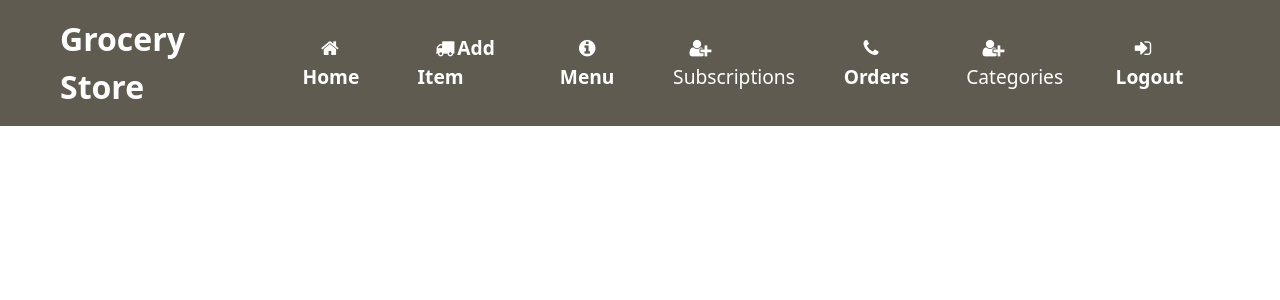
Repository: NagaMounikaY/GroceriesSubscriptionBookingManagement
Page: http://localhost/GroceriesSubBookingSystem/sellerHeader.jsp
The author's editor kept a copy of each file at every save. The page is drawn from the files as they stood at one save, then again after the next save.
The browser window is 1280 px wide. The pictures show the whole page.
The page is served by Tomcat 9. Other server files are loaded and not shown.

Above is the page before, as saved 2024-09-15 10:58:59.

### GroceriesSubBookingSystem/src/main/webapp/sellerHeader.jsp
<%@ page language="java" contentType="text/html; charset=ISO-8859-1"
	pageEncoding="ISO-8859-1" isELIgnored="false"%>
<!DOCTYPE html PUBLIC "-//W3C//DTD HTML 4.01 Transitional//EN" "http://www.w3.org/TR/html4/loose.dtd">
<html>
<head>
<meta http-equiv="Content-Type" content="text/html; charset=ISO-8859-1">
<title>Courier Booking System</title>
<link
	href="https://stackpath.bootstrapcdn.com/bootstrap/5.3.0/css/bootstrap.min.css"
	rel="stylesheet">
<link rel="stylesheet"
	href="https://cdnjs.cloudflare.com/ajax/libs/font-awesome/4.7.0/css/font-awesome.min.css">
<style>
/* Header */
header {
	background:rgba(56, 51, 37, 0.8);
	color: #fff;
	padding: 15px 0;
	position: fixed;
	width: 100%;
	top: 0;
	left: 0;
	z-index: 1000;
}

header .container {
	display: flex;
	justify-content: space-between;
	align-items: center;
	max-width: 1200px;
	margin: 0 auto;
	padding: 0 20px;
}

header .logo {
	font-size: 2em; /* Increased size for the logo */
	font-weight: bold;
}

header nav ul {
	list-style: none;
	display: flex;
	margin: 0;
}

header nav ul li {
	margin-left: 20px;
}

header nav ul li a {
	color: #fff;
	text-decoration: none;
	padding: 10px 15px; /* Increased padding for better click area */
	font-size: 1.2em; /* Increased font size for navigation links */
	border-radius: 5px;
}

header nav ul li a:hover {
	background: #575757;
}
</style>
</head>
<body>
	<!-- Header -->
	<header>
	<div class="container">
		<div class="logo">
			Grocery Store
		</div>
		<nav>
		<ul>
			<li><a href="${pageContext.request.contextPath}/home.jsp"><i
					class="fa fa-fw fa-home"></i><strong>Home</strong></a></li>
			<li><a href="${pageContext.request.contextPath}/groceries/add"><i
					class="fa fa-fw fa-truck"></i><strong>Add Item</strong></a></li>
			<li><a href="${pageContext.request.contextPath}/groceries/list"><i
					class="fa fa-fw fa-info-circle"></i><strong>Menu</strong></a></li>
			<li><a
				href="${pageContext.request.contextPath}/subscription/allsubscriptions"><i
					class="fa fa-fw fa-user-plus"></i>Subscriptions</a></li>
			<li><a href="${pageContext.request.contextPath}/orders/viewOrders"><i class="fa fa-fw fa-phone"></i><strong>Orders</strong></a></li>
			<li><a
				href="${pageContext.request.contextPath}/categories/add"><i
					class="fa fa-fw fa-user-plus"></i>Categories</a></li>

			<li><a href="${pageContext.request.contextPath}/home.jsp"><i
					class="fa fa-fw fa-sign-in"></i><strong>Logout</strong></a></li>
		</ul>
		</nav>
	</div>
	</header>

	<script src="https://code.jquery.com/jquery-3.5.1.slim.min.js"></script>
	<script
		src="https://cdn.jsdelivr.net/npm/@popperjs/core@2.11.6/dist/umd/popper.min.js"></script>
	<script
		src="https://stackpath.bootstrapcdn.com/bootstrap/5.3.0/js/bootstrap.bundle.min.js"></script>

</body>
</html>

After the next save:
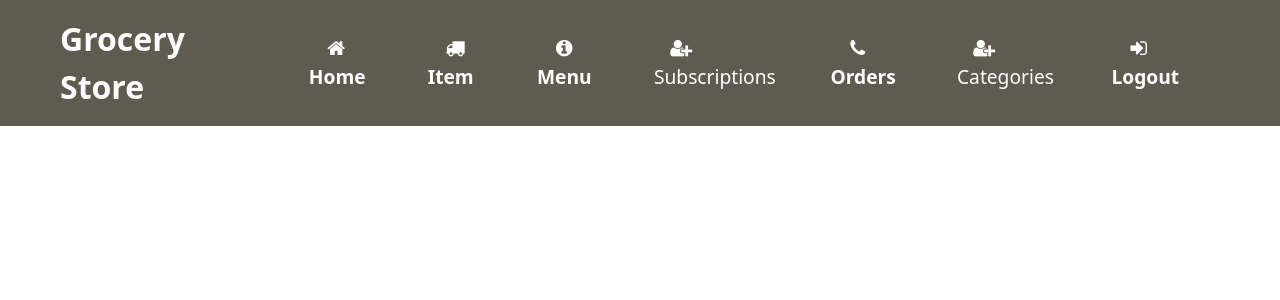
Saved 31 s later.
--- a/GroceriesSubBookingSystem/src/main/webapp/sellerHeader.jsp
+++ b/GroceriesSubBookingSystem/src/main/webapp/sellerHeader.jsp
@@ -72,7 +72,7 @@ header nav ul li a:hover {
 			<li><a href="${pageContext.request.contextPath}/home.jsp"><i
 					class="fa fa-fw fa-home"></i><strong>Home</strong></a></li>
 			<li><a href="${pageContext.request.contextPath}/groceries/add"><i
-					class="fa fa-fw fa-truck"></i><strong>Add Item</strong></a></li>
+					class="fa fa-fw fa-truck"></i><strong>Item</strong></a></li>
 			<li><a href="${pageContext.request.contextPath}/groceries/list"><i
 					class="fa fa-fw fa-info-circle"></i><strong>Menu</strong></a></li>
 			<li><a
